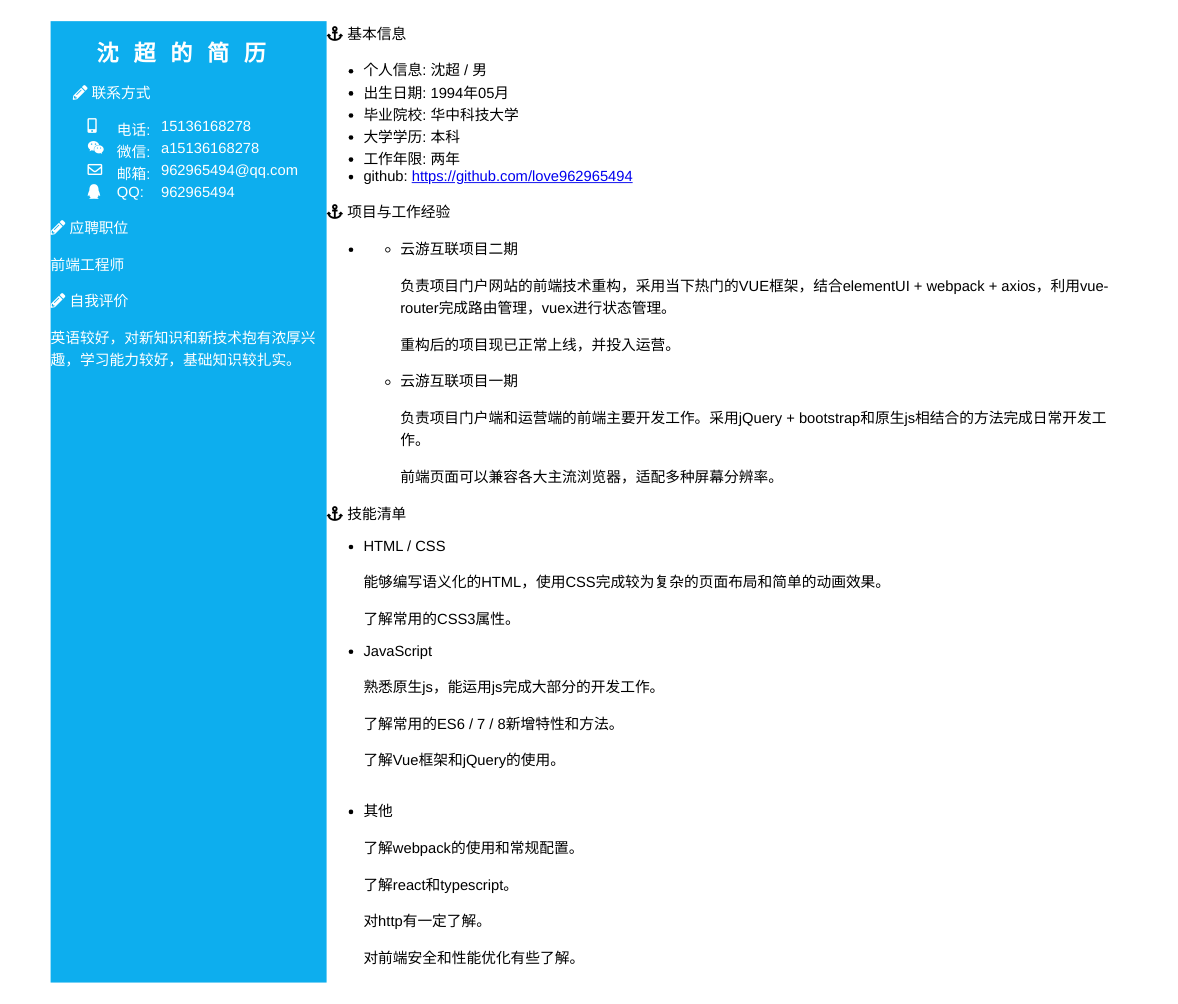
Repository: love962965494/my-resume
Page: index.html
An editor plug-in stored every save of this project. The page is shown before and after the next save, followed by the edit.
The browser window is 1280 px wide. The pictures show the whole page, at 92% of full size.
Some web libraries are served in a nearby version. The style sheet was rebuilt from its Sass, Less or Tailwind sources for each picture, by a compiler version that may differ from the author's.

Above is the page before, as saved 2018-09-02 17:33:05.

After the next save:
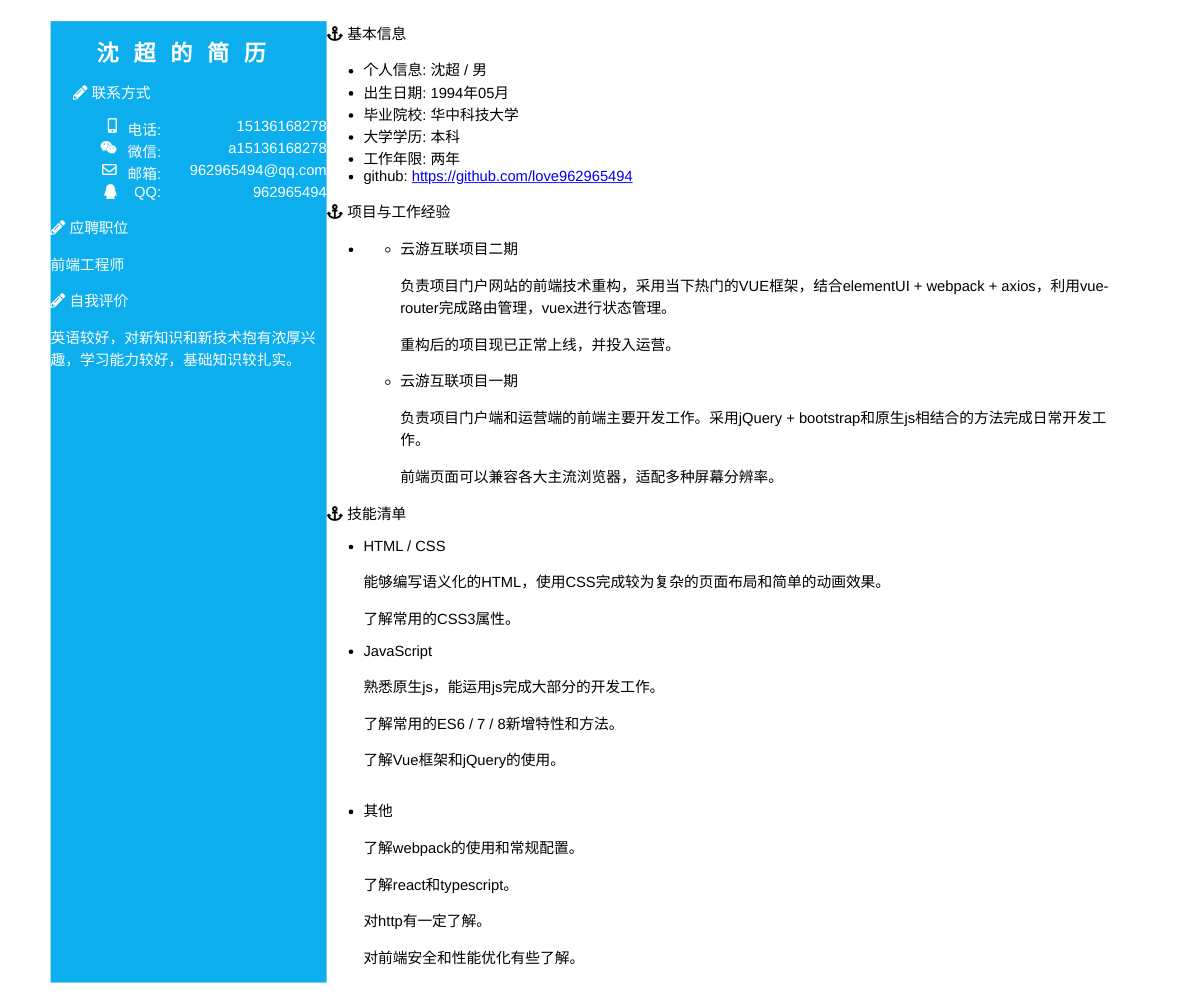
Saved 23 s later.
--- a/styles/myResume.scss
+++ b/styles/myResume.scss
@@ -54,11 +54,11 @@
 
     & > .list {
       list-style: none;
+      text-align: right;
 
       & > li {
         display: grid;
         grid-template-columns: 2rem 3rem 1fr;
-        justify-content: center;
       }
     }
   }
